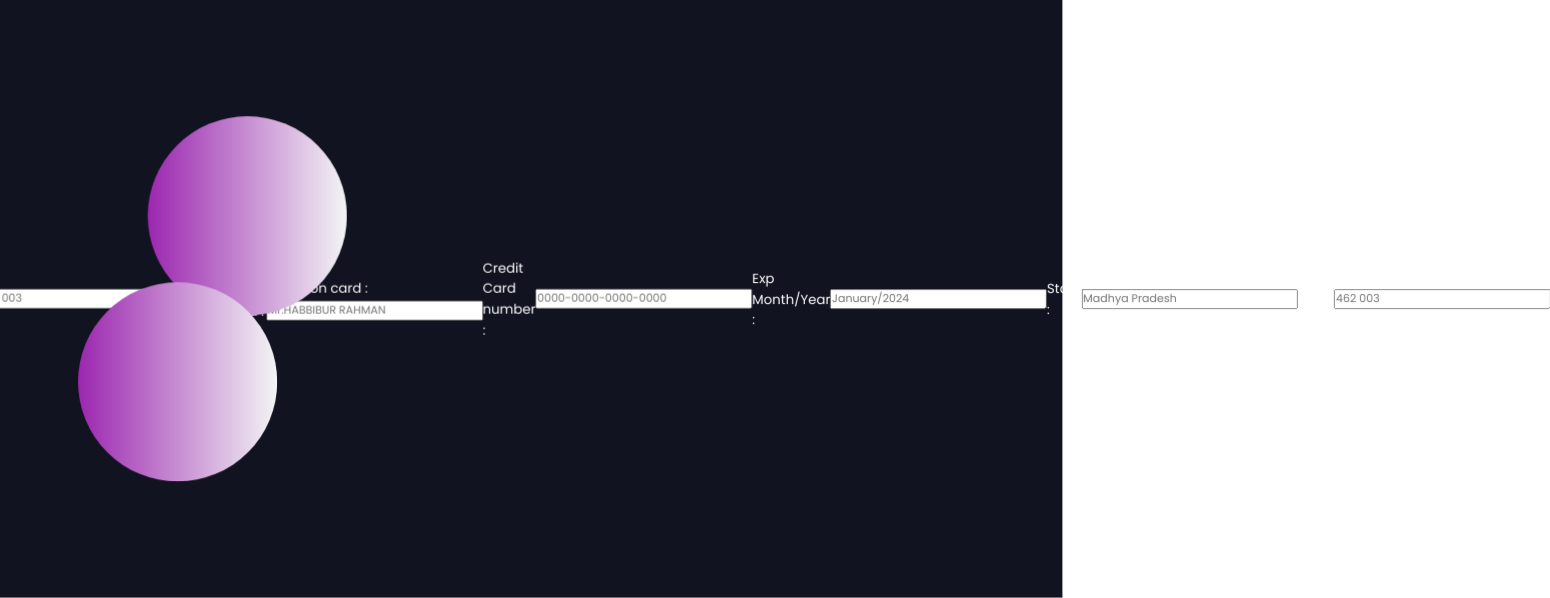
Repository: Habeebur1493/-002-Prompt
Page: index.html
The author's editor kept a copy of each file at every save. The page is drawn from the files as they stood at one save, then again after a run of saves.
The browser window is 1280 px wide. The page is 1868 px wide, then 1844 px, so the pictures cover 1868 px, including what lies to the right of the window. The pictures show the whole page, at 83% of full size.

Above is the page before, as saved 2024-09-11 00:27:24.

After the next 2 saves:
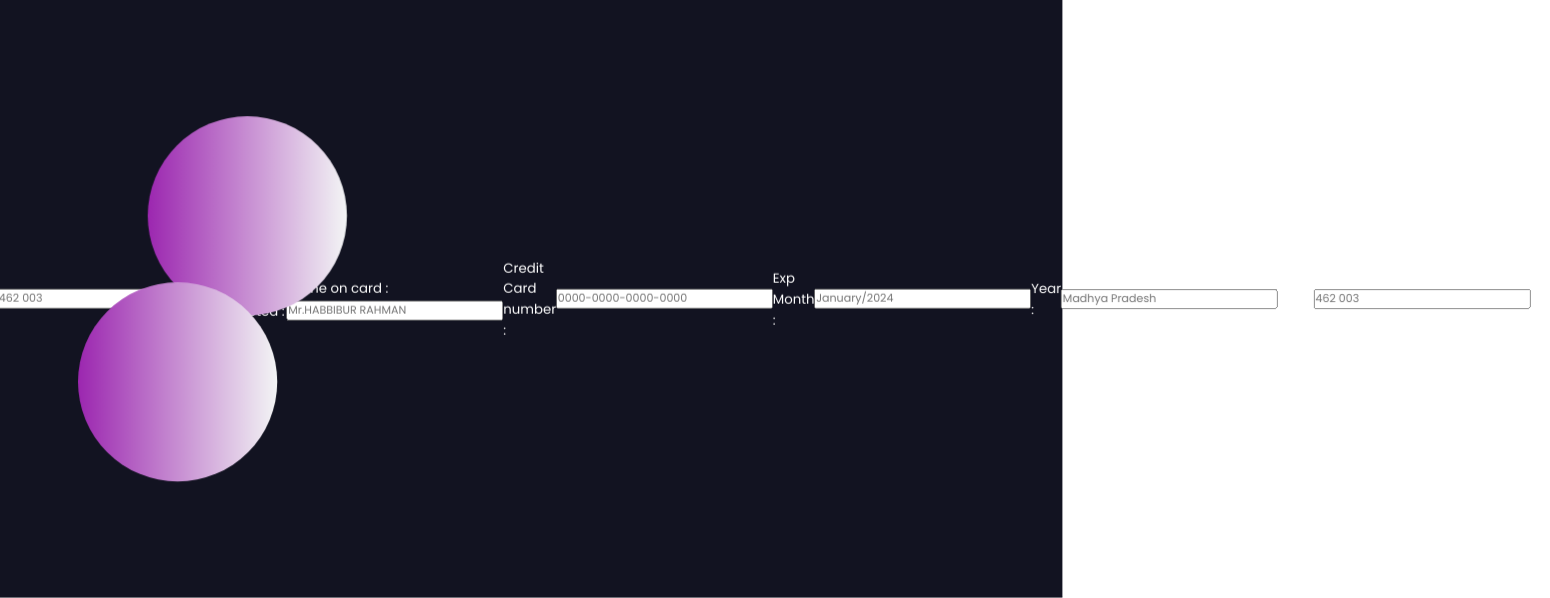
The 2 saves are shown as one change because they came seconds apart.
The last was saved 36 s later.
--- a/index.html
+++ b/index.html
@@ -90,11 +90,11 @@
                         <input type="number" placeholder="0000-0000-0000-0000">
                     </div>
                     <div class="inputbox"></div>
-                        <span>Exp Month/Year :</span>
+                        <span>Exp Month :</span>
                         <input type="text" placeholder="January/2024">
                     </div>
                     <div class="inputbox"></div>
-                        <span>State :</span>
+                        <span>Year :</span>
                         <input type="text" placeholder="Madhya Pradesh">
                     </div>
                     <div class="inputbox"></div>
